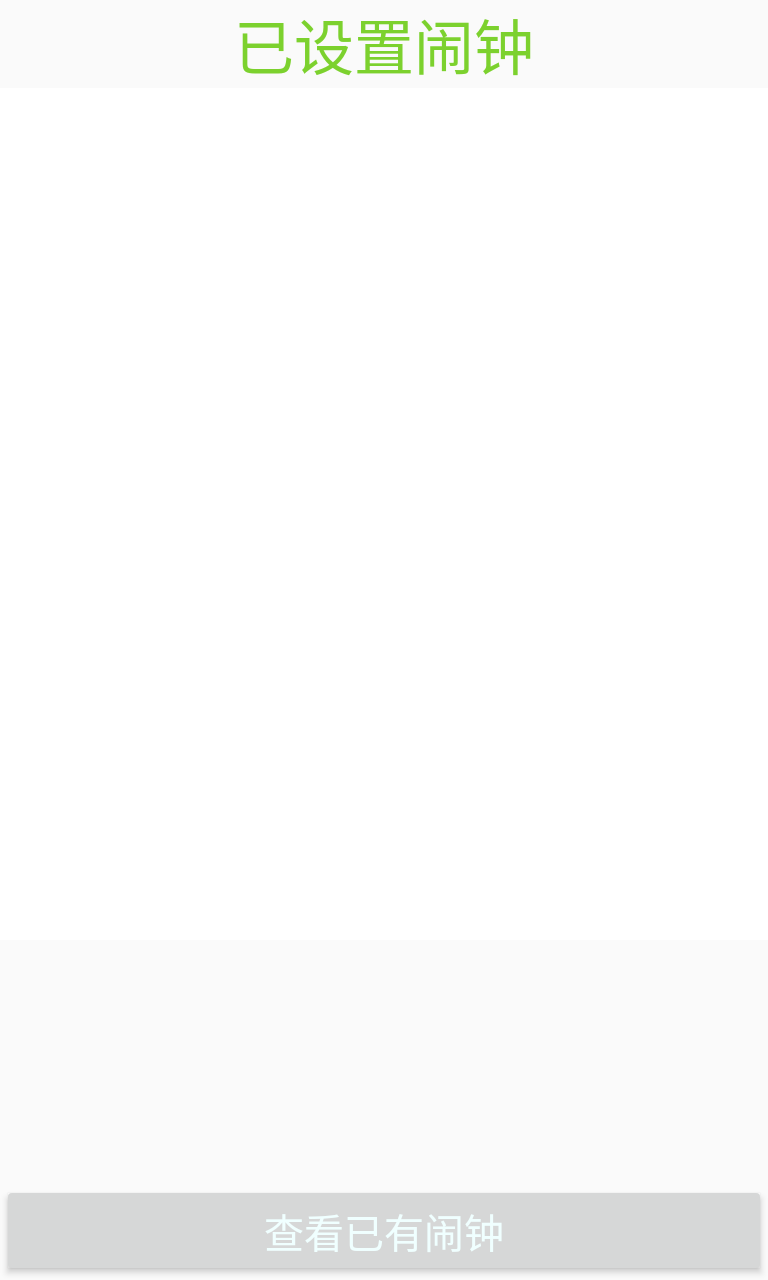
Repository: BigBug2014/BigBugAlarm
Layout: SmileAlarmTask/SmileAlarmTask/res/layout/display.xml
The author's editor kept a copy of each file at every save. The layout is drawn from the files as they stood at one save, then again after the next save.
It is drawn on a 768 x 1280 px phone screen (xhdpi) without system bars, with theme AppTheme; the app's code is not run. Lists and similar views that code fills are empty.

Above is the layout before, as saved 2014-12-18 15:10:56.

After the next save:
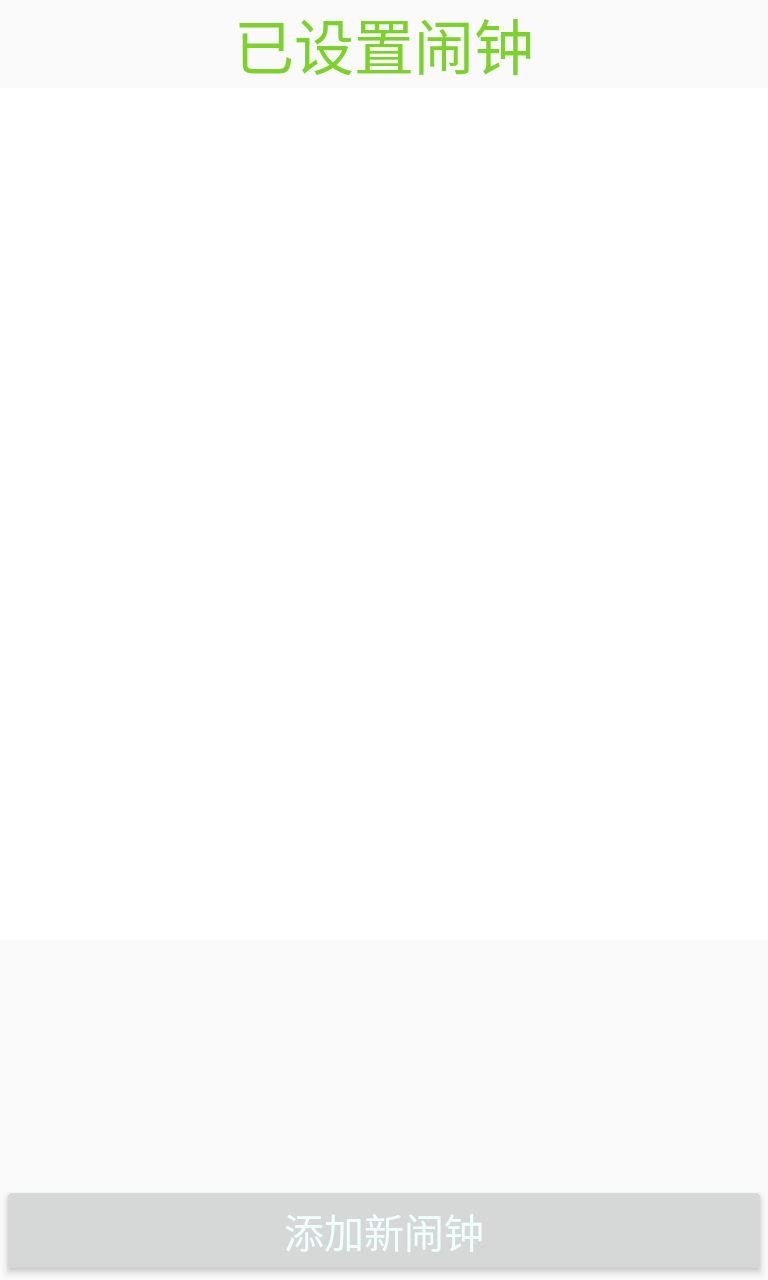
Saved 9 s later.
--- a/SmileAlarmTask/SmileAlarmTask/res/layout/display.xml
+++ b/SmileAlarmTask/SmileAlarmTask/res/layout/display.xml
@@ -34,7 +34,7 @@
  	    android:layout_height="wrap_content"
  	    android:layout_alignParentBottom="true"
  	    android:layout_alignParentLeft="true"
- 	    android:text="@string/clock_show"
+ 	    android:text="@string/clock_new"
  	    android:textColor="@drawable/azure"
  	    android:textSize="20sp" />
 
